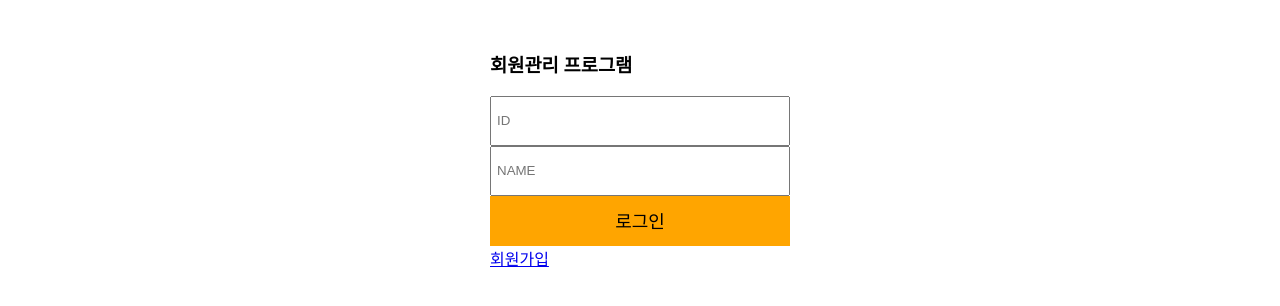
Repository: goatmxj67/ServerProgram1
Page: http://localhost/ServerProgram1/login.jsp
These files come from the project's save history. The page is drawn as it stood at one moment and after the next save; the edit follows.
The browser window is 1280 px wide. The pictures show the whole page.
The page is served by Tomcat 9.

Above is the page before, as saved 2021-06-14 07:36:27.
Console error: ReferenceError: $ is not defined

After the next save:
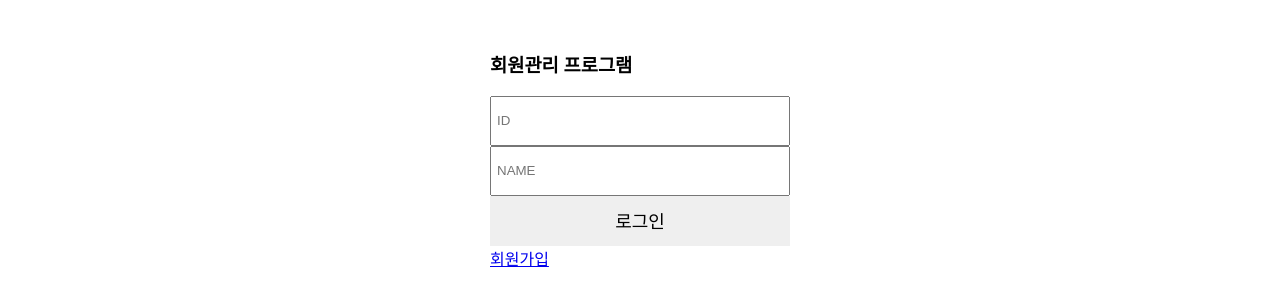
Saved 2 min 5 s later.
--- a/ServerProgram1/WebContent/login.jsp
+++ b/ServerProgram1/WebContent/login.jsp
@@ -17,16 +17,11 @@
 		width: 100%;
 		height: 50px;
 		line-height: 50px;
-		background-color: orange;
 		border: none;
 		font-size: 18px;
 	}
 	#f button:hover {
 		cursor: pointer;
-	}
-	.message {
-		font-size: 12px;
-		color: crimson;
 	}
 </style>
 <script>
